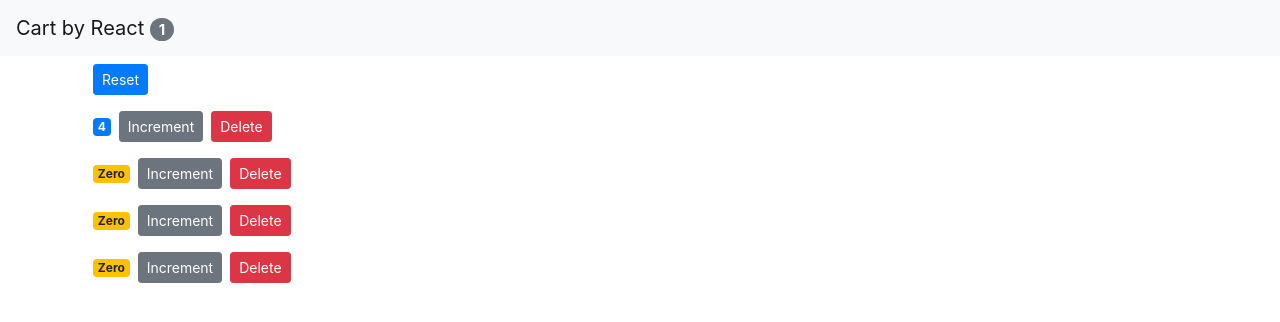
Repository: smk87/First-React-App
Page: /
The author's editor kept a copy of each file at every save. The page is drawn from the files as they stood at one save, then again after the next save.
The browser window is 1280 px wide. The pictures show the whole page.
The project was rebuilt for these pictures with package versions that can differ from the ones it lists, and the page was loaded fresh each time. Also part of the build but not shown: src/App.css.

Above is the page before, as saved 2019-01-06 14:24:19.

After the next save:
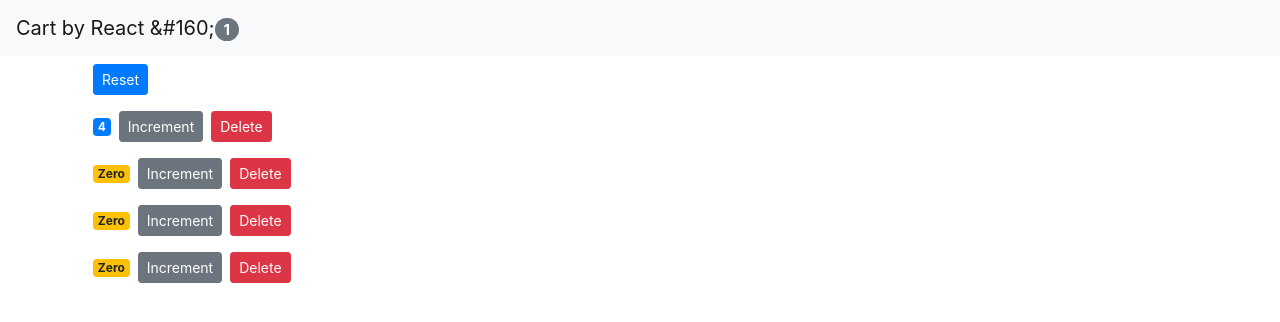
Saved 17 s later.
--- a/src/components/navbar.jsx
+++ b/src/components/navbar.jsx
@@ -4,7 +4,7 @@
   return (
     <nav className="navbar navbar-light bg-light">
       <a className="navbar-brand" href="#">
-        Cart by React{" "}
+        Cart by React{" &#160;"}
         <span className="badge badge-pill badge-secondary">
           {props.totalCounters}
         </span>

After the save that followed:
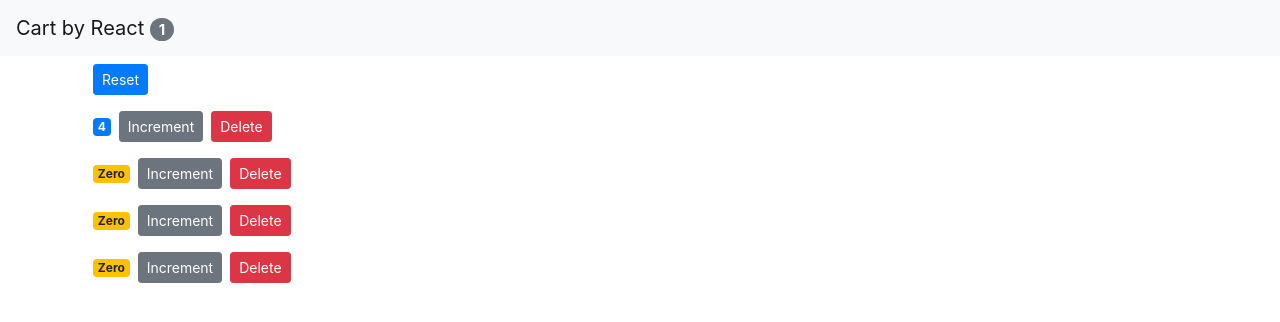
Saved 8 s later.
--- a/src/components/navbar.jsx
+++ b/src/components/navbar.jsx
@@ -4,7 +4,7 @@
   return (
     <nav className="navbar navbar-light bg-light">
       <a className="navbar-brand" href="#">
-        Cart by React{" &#160;"}
+        Cart by React{" "}
         <span className="badge badge-pill badge-secondary">
           {props.totalCounters}
         </span>
